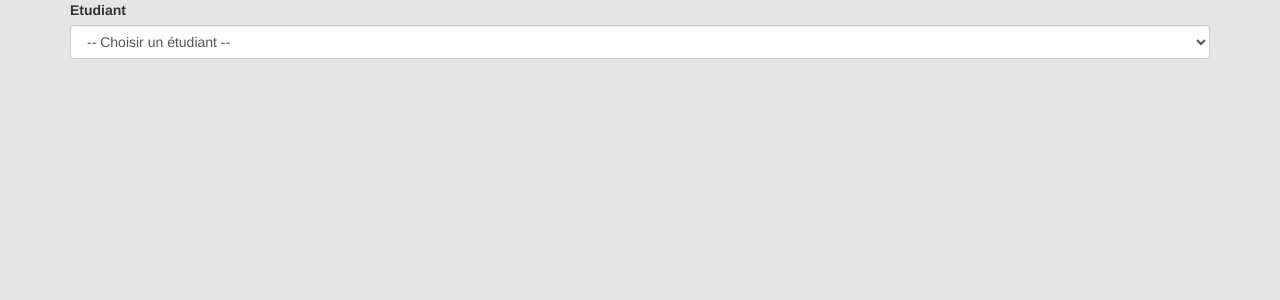
Repository: mitantsoa1/CRUD-note
Page: http://localhost/note
An editor plug-in stored every save of this project. The page is shown before and after the next save, followed by the edit.
The browser window is 1280 px wide. The pictures show the whole page.
The page is run by PHP 8.4 with error messages shown; the project is at /var/www/html/. The database holds what the project's SQL file puts in it.

Above is the page before, as saved 2021-02-12 18:51:37.
Console error: SyntaxError: Unexpected token '<'

After the next save:
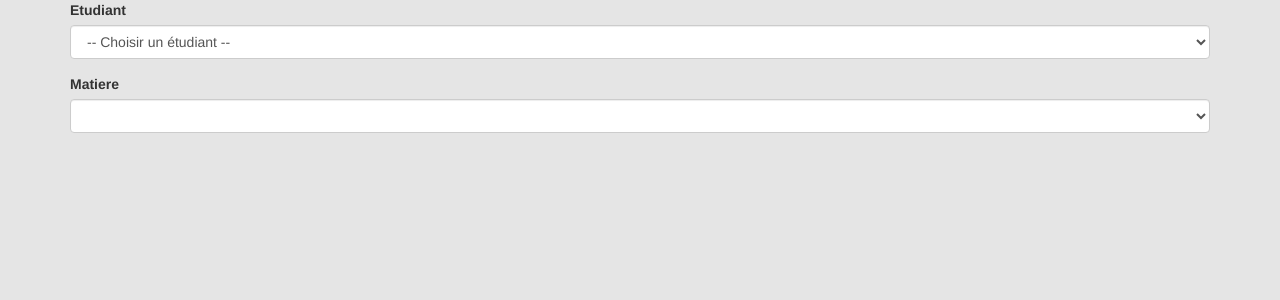
Saved 101 s later.
--- a/Views/gestion_note.php
+++ b/Views/gestion_note.php
@@ -38,6 +38,21 @@
                         ?>
                     </select>
                 </div>
+                <div class="form-group">
+                    <label for="">Matiere</label>
+                    <select id="matiere_gestion" class="form-control">
+                        <!-- <option value="choisir" selected>-- Choisir un étudiant --</option> -->
+                        <?php
+
+                            for($i=0;$i<count($table);$i++){
+                                       echo' <option value="'.$table[$i]->nom_matiere.'">'.$table[$i]->nom_matiere.'</option>
+                                ';
+
+                            }
+
+                        ?>
+                    </select>
+                </div>
             </form>
         </div>
 

After the save that followed:
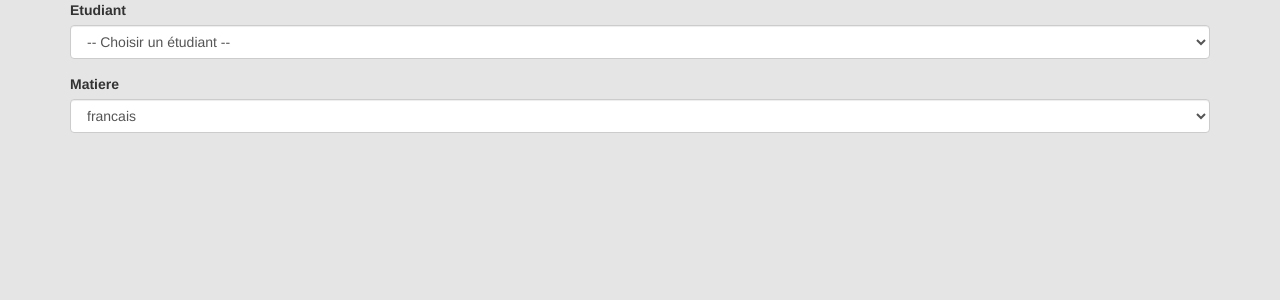
Saved 29 s later.
--- a/Views/gestion_note.php
+++ b/Views/gestion_note.php
@@ -4,7 +4,7 @@
     $tab = $db->select("etudiant")
                                         ->execute(null);
 
-    $table = $db->select("etudiant")
+    $table = $db->select("matiere")
                 ->execute(null);
 ?>
 <!DOCTYPE html>
